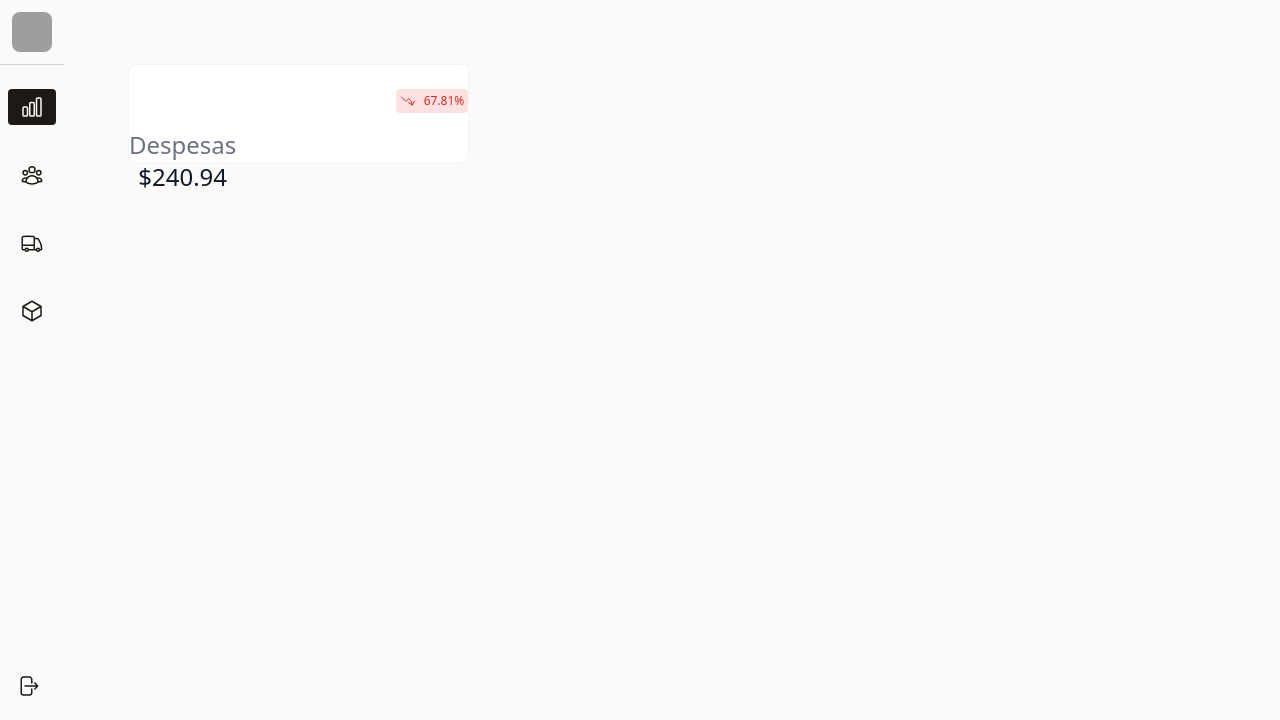
Repository: XavierOtavio/Cuzinhas
Page: /dashboard
The author's editor kept a copy of each file at every save. The page is drawn from the files as they stood at one save, then again after the next save.
The browser window is 1280 px wide. The pictures show the whole page.
Pictures or frames that could not be fetched are drawn as grey boxes. The project was rebuilt for these pictures with package versions that can differ from the ones it lists, and the page was loaded fresh each time. Also part of the build but not shown: src/components/Orders.js, src/components/Employees.js, src/components/Login.js, src/components/Register.js, src/components/Home.js, src/components/Logotipo.js, src/components/Header.js, src/components/Footer.js and 1 more.

Above is the page before, as saved 2023-03-08 18:37:26.

After the next save:
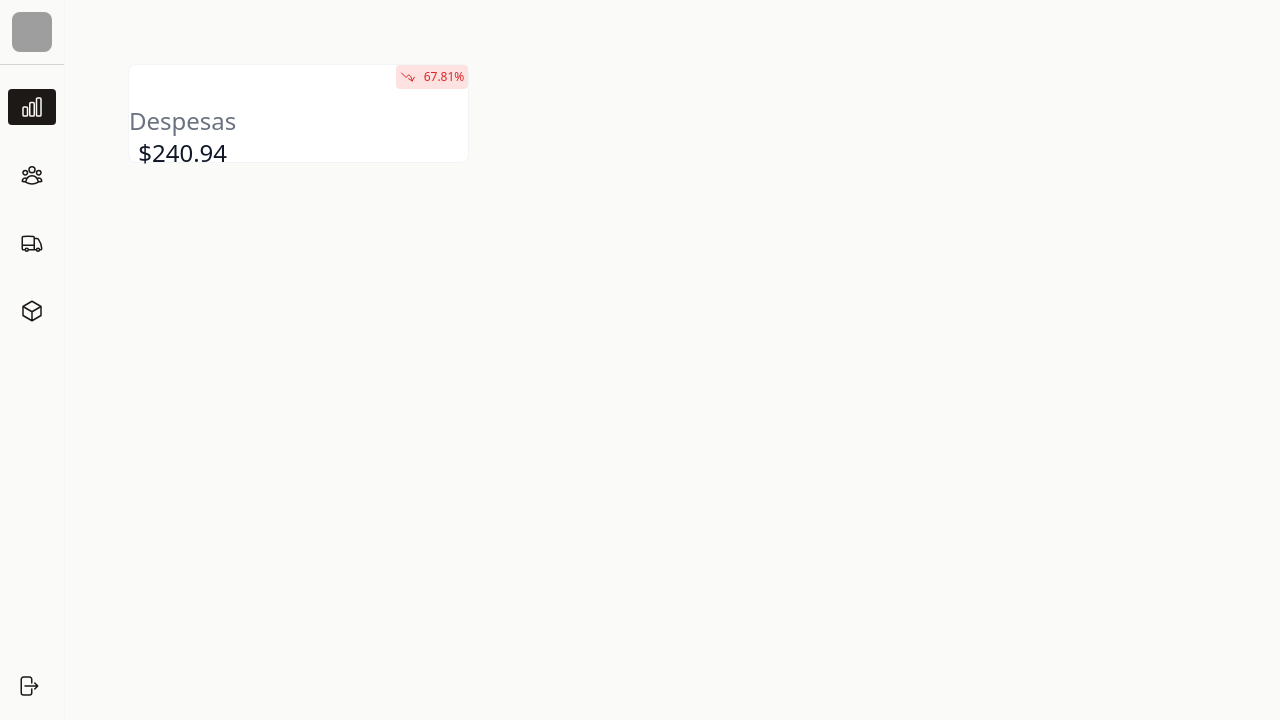
Saved 5 s later.
--- a/src/components/Dashboard.js
+++ b/src/components/Dashboard.js
@@ -8,7 +8,7 @@ export default function Dashboard() {
   return (
     <div className="absolute inset-0 mx-32 my-16 grid grid-cols-12 grid-rows-6">
       <div className="row-start-1 row-end-2 col-start-1 col-end-5">
-        <button class="flex flex-col gap-4 rounded-lg border border-gray-100 bg-white w-full h-full  py-6">
+        <button class="flex flex-col gap-4 rounded-lg border border-gray-100 bg-white w-full h-full  -py-6">
           <div class="inline-flex gap-2 self-end rounded bg-red-100 p-1 text-red-600">
             <ArrowTrendingDownIcon className="h-4 w-4" />
 
